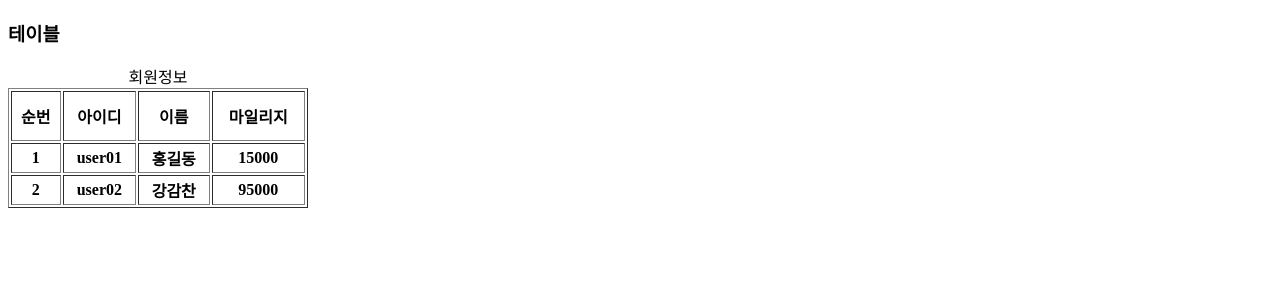
Repository: helloJunejun/WorkSpace_WebUi
Page: 0.2html_form_table/src/main/webapp/sample_table.html
The author's editor kept a copy of each file at every save. The page is drawn from the files as they stood at one save, then again after the next save.
The browser window is 1280 px wide. The pictures show the whole page.

Above is the page before, as saved 2021-06-24 01:19:27.

After the next save:
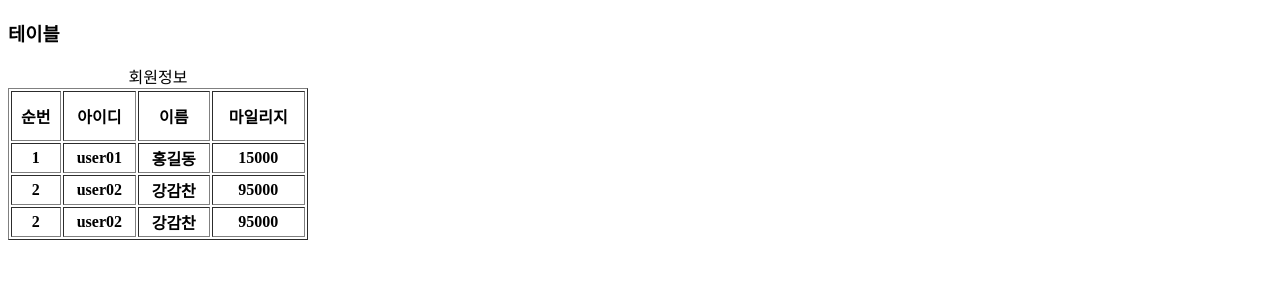
Saved 10 s later.
--- a/0.2html_form_table/src/main/webapp/sample_table.html
+++ b/0.2html_form_table/src/main/webapp/sample_table.html
@@ -28,6 +28,13 @@
 		<th>강감찬</th>
 		<th>95000</th>
 	</tr>
+
+	<tr height="30px">
+		<th>2</th>
+		<th>user02</th>
+		<th>강감찬</th>
+		<th>95000</th>
+	</tr>
 </table>
 </body>
 </html>
